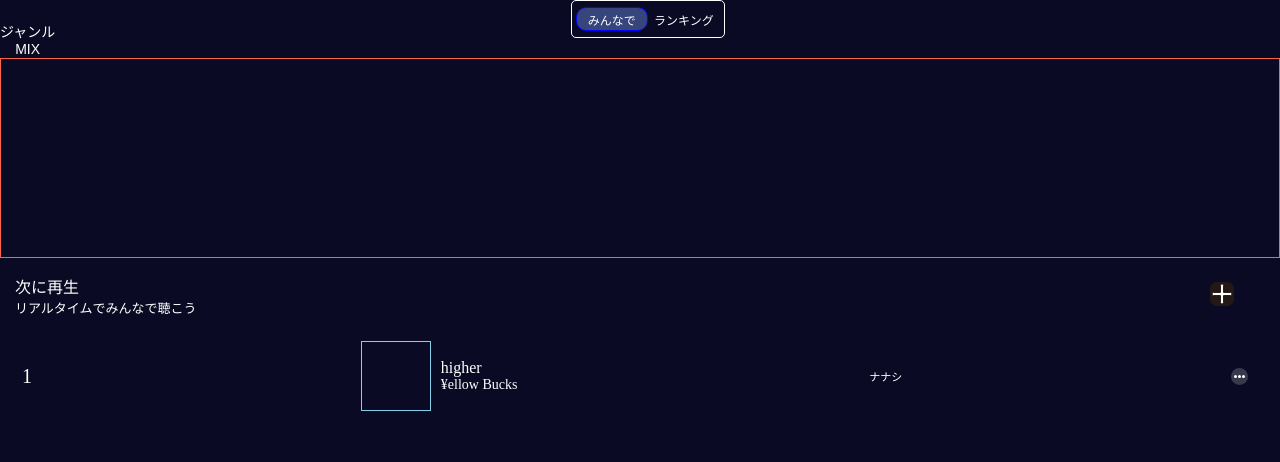
Repository: FujieRyou/2024_team
Page: /LoggedIn
The author's editor kept a copy of each file at every save. The page is drawn from the files as they stood at one save, then again after the next save.
The browser window is 1280 px wide. The pictures show the whole page.
The project was rebuilt for these pictures with package versions that can differ from the ones it lists, and the page was loaded fresh each time. The framework's server and built-in components were replaced by stand-ins that run in the browser. Also part of the build but not shown: next.config.js.

Above is the page before, as saved 2024-01-11 12:25:01.

After the next save:
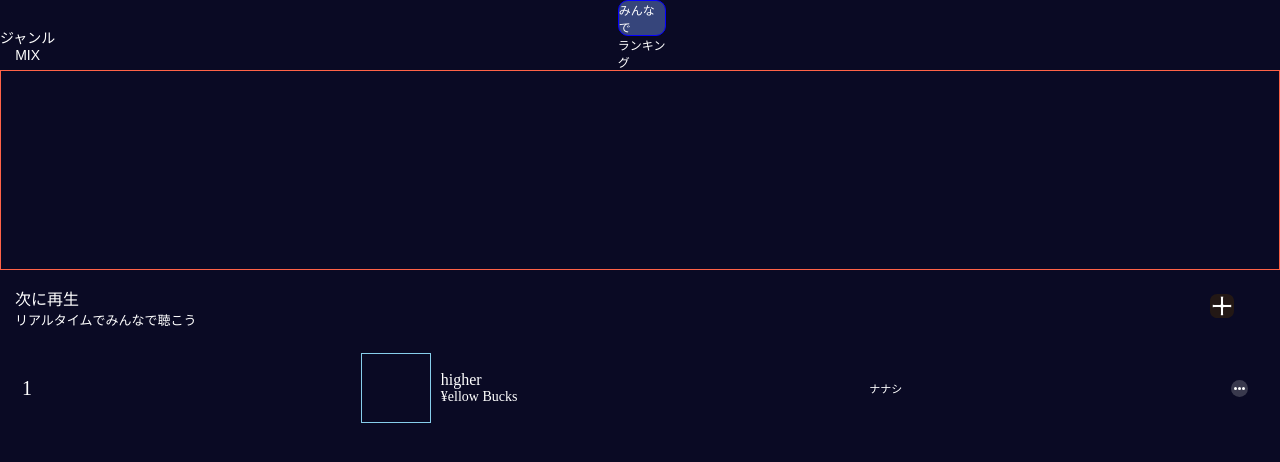
Saved 75 s later.
--- a/src/pages/LoggedIn.jsx
+++ b/src/pages/LoggedIn.jsx
@@ -13,7 +13,7 @@ function LoggedIn (){
         </header> */}
         <header>
             <div><p className='genre_wrap'>ジャンル<br/>MIX</p></div>
-            <div id="btn">
+            <div className="switchingBtn">
                 <div className="everyone">みんなで</div>
                 <div className="ranking">ランキング</div>
             </div>

After the save that followed:
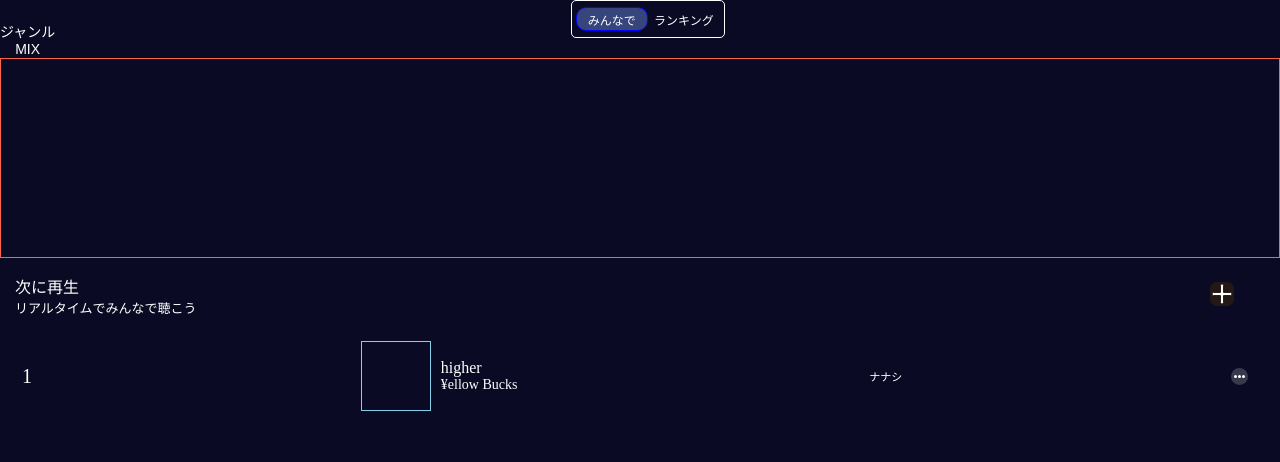
Saved 9 s later.
--- a/src/styles/index.css
+++ b/src/styles/index.css
@@ -188,7 +188,7 @@ header{
 }
 
 /*genre btn*/
-#btn{
+.switchingBtn{
     display: flex;
     justify-content: center;
     align-items: center;
